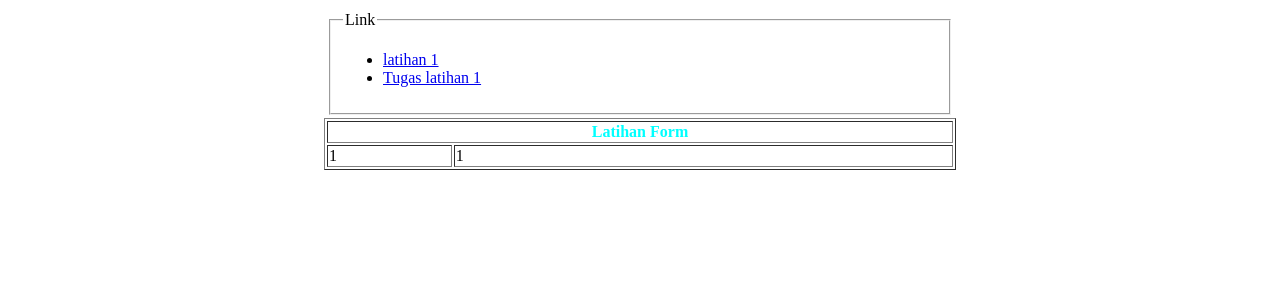
Repository: AHSANS354/tugas-sib5
Page: latihanform.html
An editor plug-in stored every save of this project. The page is shown before and after the next save, followed by the edit.
The browser window is 1280 px wide. The pictures show the whole page.

Above is the page before, as saved 2023-08-21 11:25:55.

### latihanform.html
<!DOCTYPE html>
<html lang="en">
  <head>
    <meta charset="UTF-8" />
    <meta name="viewport" content="width=device-width, initial-scale=1.0" />
    <title>Document</title>
  </head>
  <body>
    <table width="50%" align="center">
      <tr>
        <td>
          <fieldset>
            <legend>Link</legend>
            <ul>
              <li>
                <a href="/latihan1.html" target="_blank">latihan 1</a>
              </li>
              <li>
                <a href="/list.html" target="_blank">Tugas latihan 1</a>
              </li>
            </ul>
          </fieldset>
        </td>
      </tr>
    </table>

    <table border="1" width="50%" align="center">
      <tr>
        <th colspan="2" style="color: aqua">Latihan Form</th>
      </tr>
      <tr>
        <td width="20%">1</td>
        <td>1</td>
      </tr>
    </table>
  </body>
</html>

After the next save:
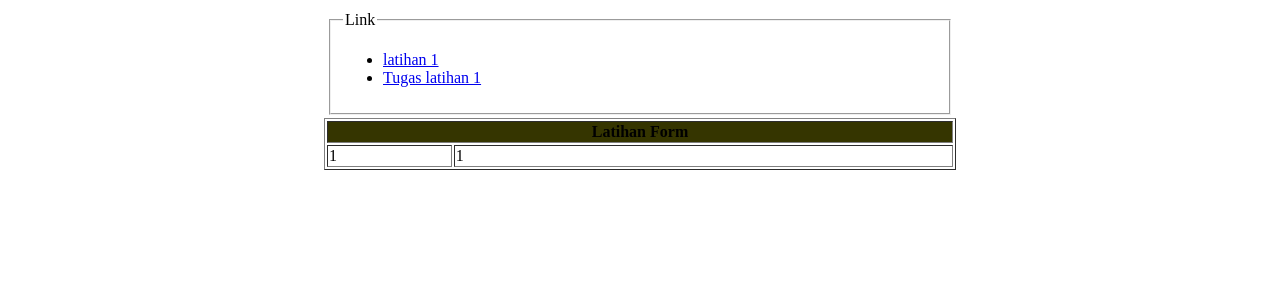
Saved 32 s later.
--- a/latihanform.html
+++ b/latihanform.html
@@ -26,7 +26,7 @@
 
     <table border="1" width="50%" align="center">
       <tr>
-        <th colspan="2" style="color: aqua">Latihan Form</th>
+        <th colspan="2" bgcolor="#3535">Latihan Form</th>
       </tr>
       <tr>
         <td width="20%">1</td>
